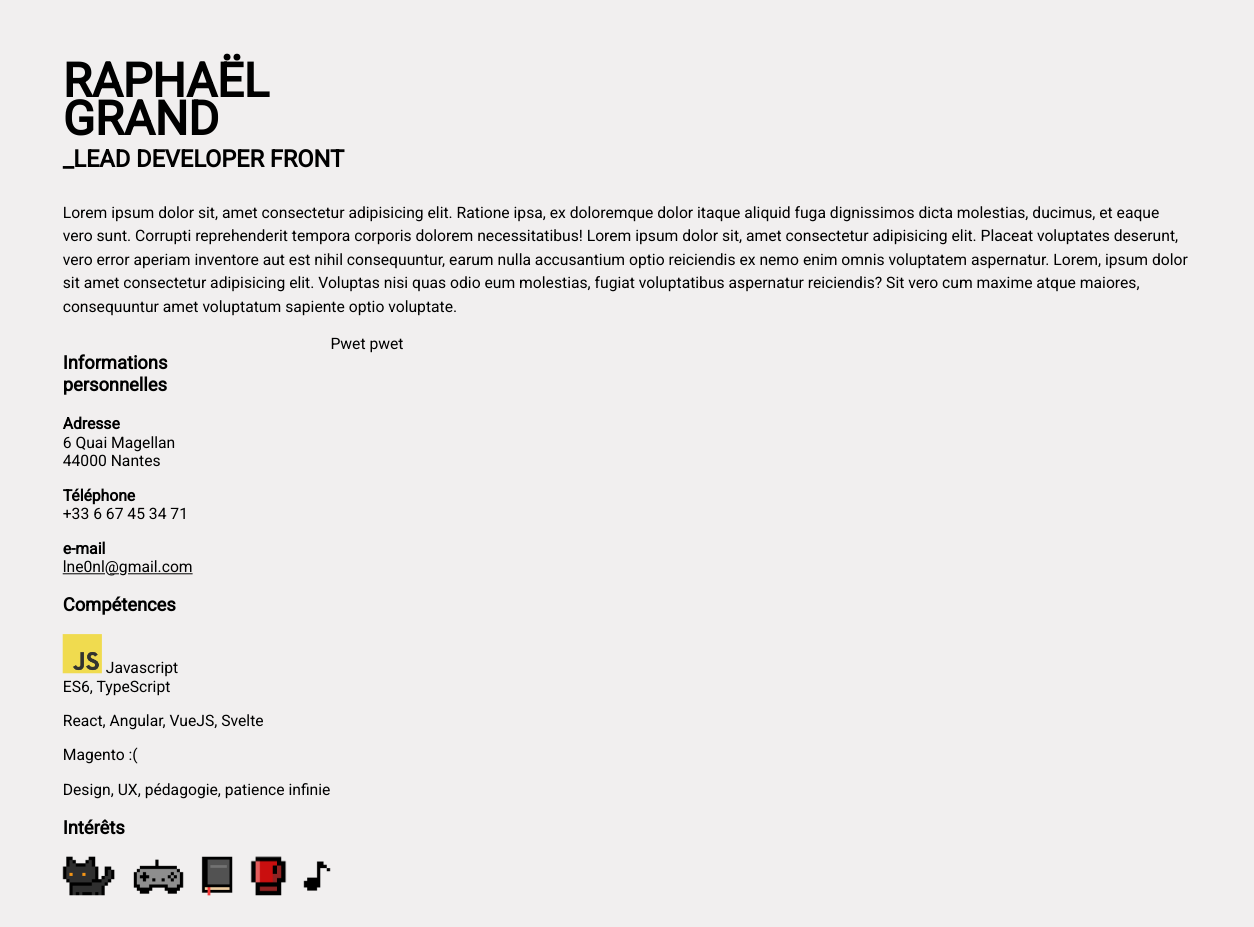
Repository: lne0nl/resume
Page: index.html
The author's editor kept a copy of each file at every save. The page is drawn from the files as they stood at one save, then again after a run of saves.
The browser window is 1280 px wide. The pictures show the whole page, at 98% of full size.

Above is the page before, as saved 2021-12-10 11:19:05.

After the next 6 saves:
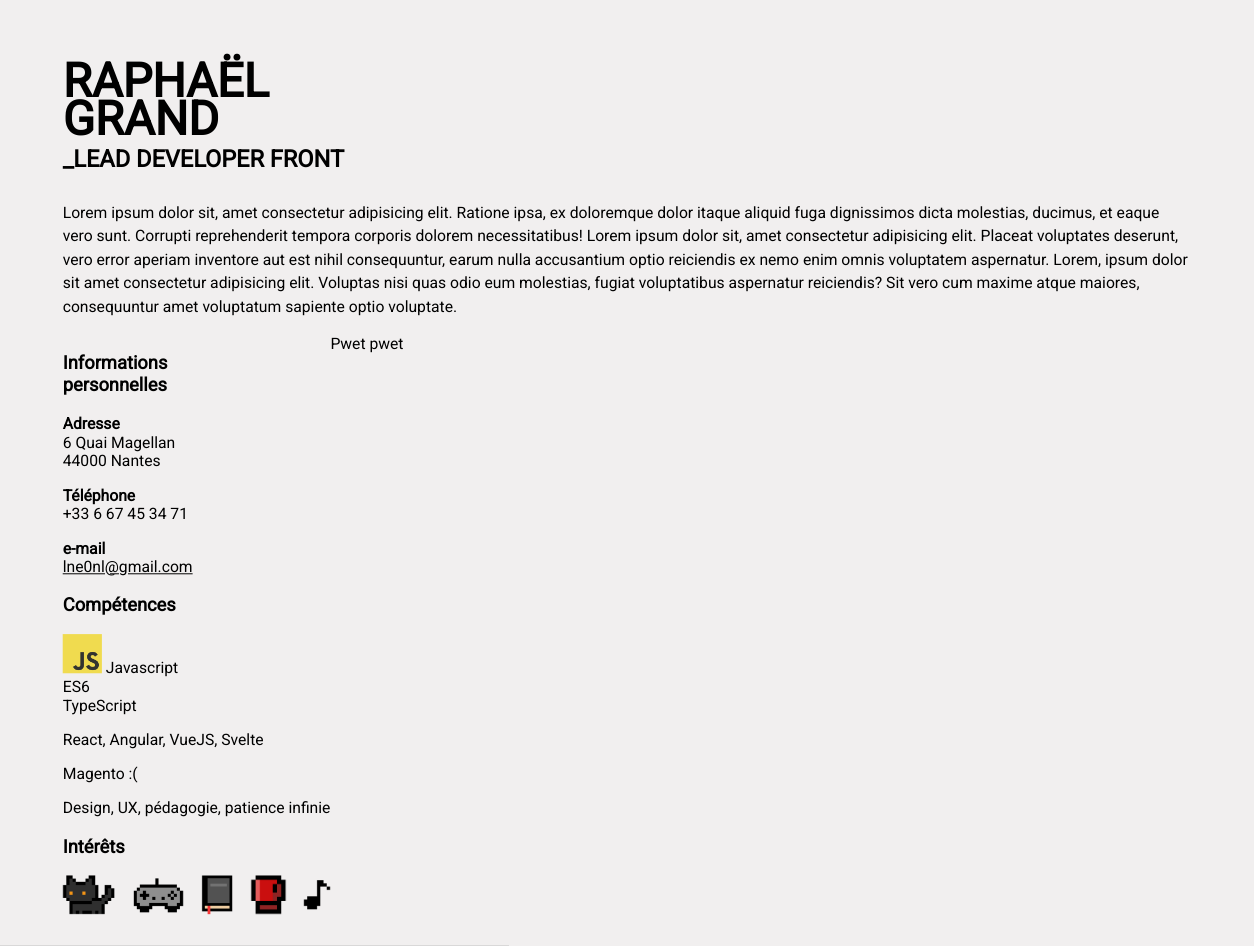
The 6 saves are shown as one change because they came seconds apart.
The last was saved 11 s later.
--- a/index.html
+++ b/index.html
@@ -54,7 +54,7 @@
           <h3>Compétences</h3>
           <div>
             <img class="logo" src="images/js.png" alt="Javascript" title="Javascript">
-            Javascript<br> ES6, TypeScript
+            Javascript<br>ES6<br>TypeScript<br>
           </div>
           <ul>
             <li>
